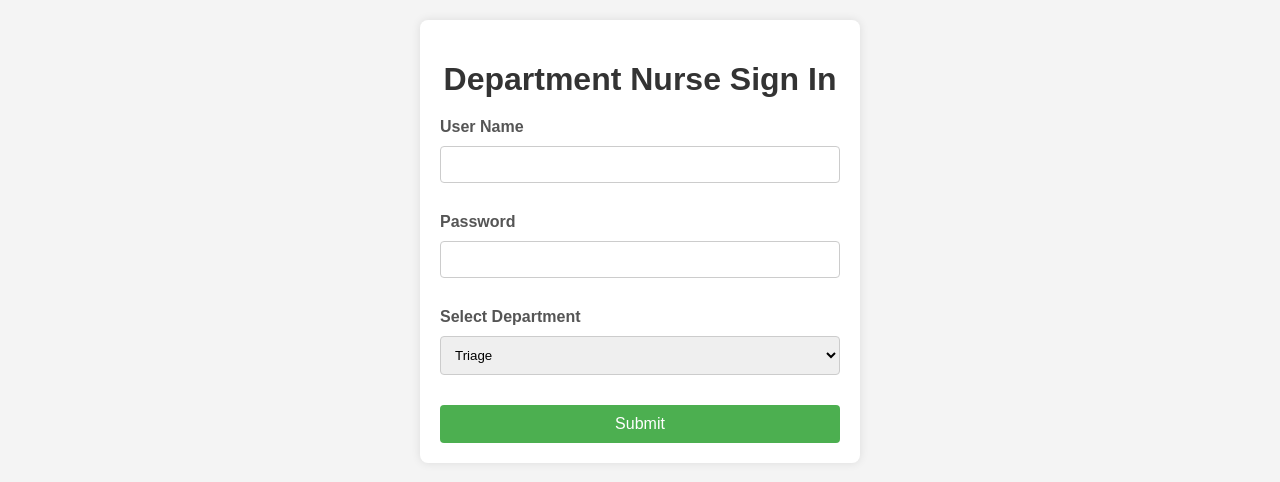
Repository: OmarAl-Saleh/Hospital-Emergency-System
Page: http://localhost/EmergencySystem/department_nurse/sign-in.jsp
An editor plug-in stored every save of this project. The page is shown before and after the next save, followed by the edit.
The browser window is 1280 px wide. The pictures show the whole page.
The page is served by Tomcat 9.

Above is the page before, as saved 2024-05-25 20:42:34.

After the next save:
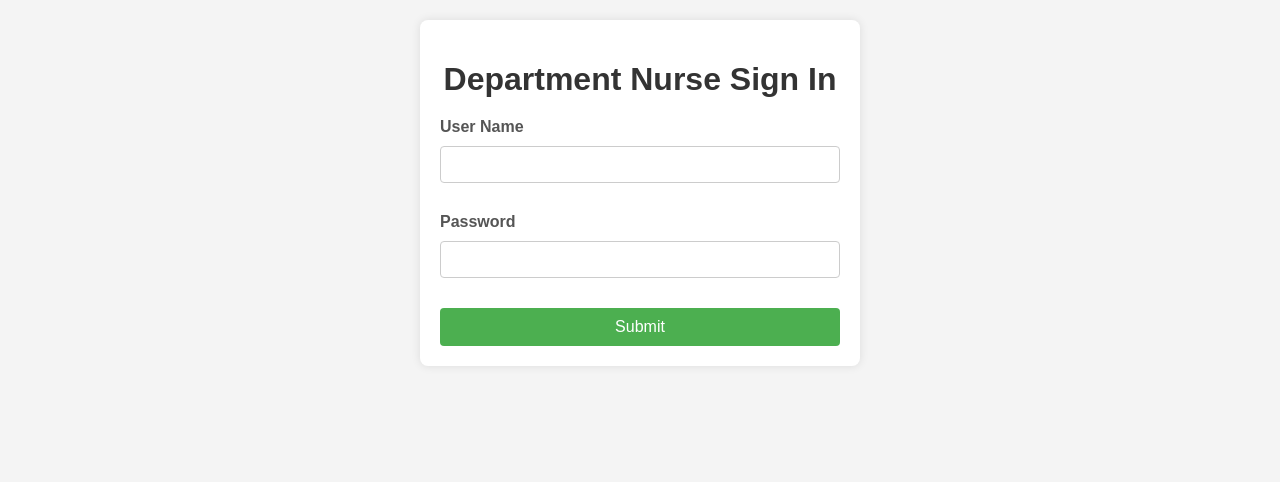
Saved 17 s later.
--- a/EmergencySystem/EmergencySystem/src/main/webapp/department_nurse/sign-in.jsp
+++ b/EmergencySystem/EmergencySystem/src/main/webapp/department_nurse/sign-in.jsp
@@ -85,18 +85,7 @@
         <input type="password" id="password" name="password" required/>
     </div>
 
-    <div class="form-group">
-        <label for="department">Select Department</label>
-        <select id="department" name="department" required>
-            <option value="Triage">Triage</option>
-            <option value="Treatment Rooms">Treatment Rooms</option>
-            <option value="Resuscitation Area">Resuscitation Area</option>
-            <option value="Diagnostic Imaging">Diagnostic Imaging</option>
-            <option value="Laboratory">Laboratory</option>
-            <option value="Observation Area">Observation Area</option>
-            <option value="Psychiatric Emergency Services">Psychiatric Emergency Services</option>
-        </select>
-    </div>
+
     <input type="submit" value="Submit"/>
 </form>
 </body>
